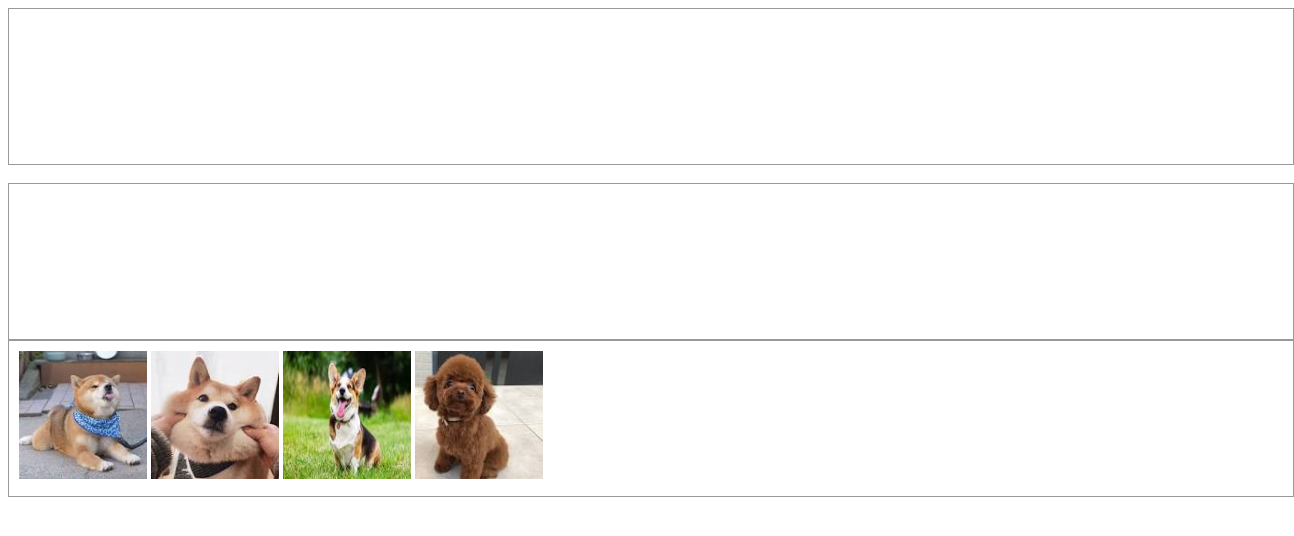
Repository: leetaehyeon123/SpringBaseSources
Page: http://localhost/DAD/
An editor plug-in stored every save of this project. The page is shown before and after the next save, followed by the edit.
The browser window is 1280 px wide. The page is 1294 px wide, so the pictures cover 1294 px, including what lies to the right of the window. The pictures show the whole page.
The page is served by Tomcat 9.

Above is the page before, as saved 2020-06-28 01:44:19.

After the next save:
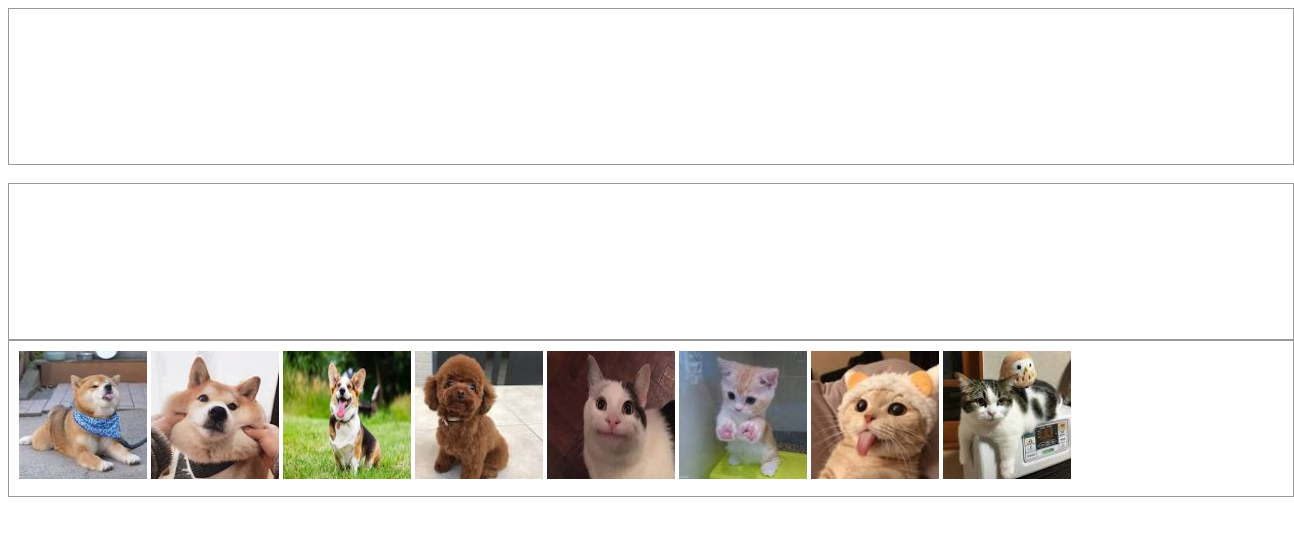
Saved 53 s later.
--- a/드래그앤드롭 소스코드/DragAndDrop/DAD/src/main/webapp/WEB-INF/views/main.jsp
+++ b/드래그앤드롭 소스코드/DragAndDrop/DAD/src/main/webapp/WEB-INF/views/main.jsp
@@ -38,6 +38,10 @@ function drop(ev) {
 <img id="dog2" src="resources/img/dog2.jpg" draggable="true" ondragstart="drag(event)" width="128" height="128">
 <img id="dog3" src="resources/img/dog3.jpg" draggable="true" ondragstart="drag(event)" width="128" height="128">
 <img id="dog4" src="resources/img/dog4.jpg" draggable="true" ondragstart="drag(event)" width="128" height="128">
+<img id="cat1" src="resources/img/cat1.jpg" draggable="true" ondragstart="drag(event)" width="128" height="128">
+<img id="cat2" src="resources/img/cat2.jpg" draggable="true" ondragstart="drag(event)" width="128" height="128">
+<img id="cat3" src="resources/img/cat3.jpg" draggable="true" ondragstart="drag(event)" width="128" height="128">
+<img id="cat4" src="resources/img/cat4.jpg" draggable="true" ondragstart="drag(event)" width="128" height="128">
 </div>
 </body>
 </html>
